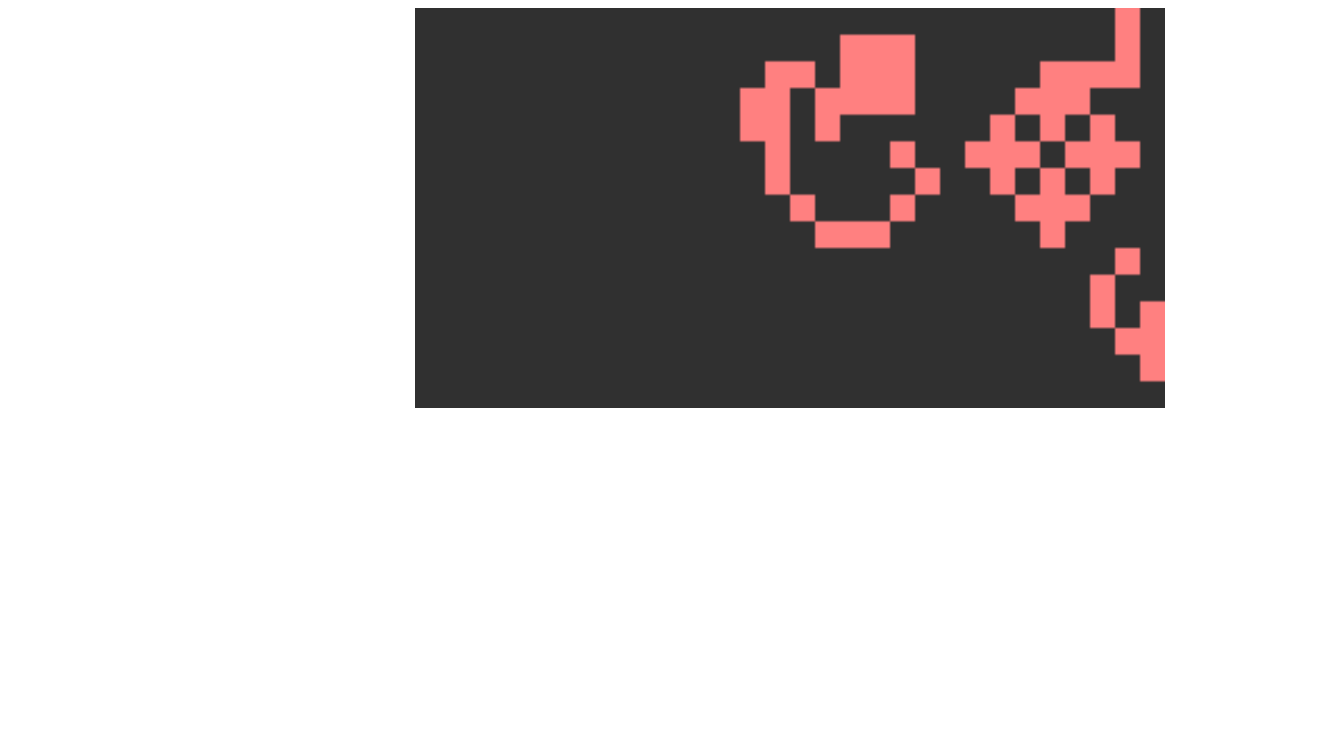
Repository: mayoujin/gol
Page: index.html
These files come from the project's save history. The page is drawn as it stood at one moment and after the next save; the edit follows.
The browser window is 1280 px wide. The page is 1280 px wide, then 1330 px, so the pictures cover 1330 px, including what lies to the right of the window. The pictures show the whole page.

Above is the page before, as saved 2021-03-20 13:39:10.

After the next save:
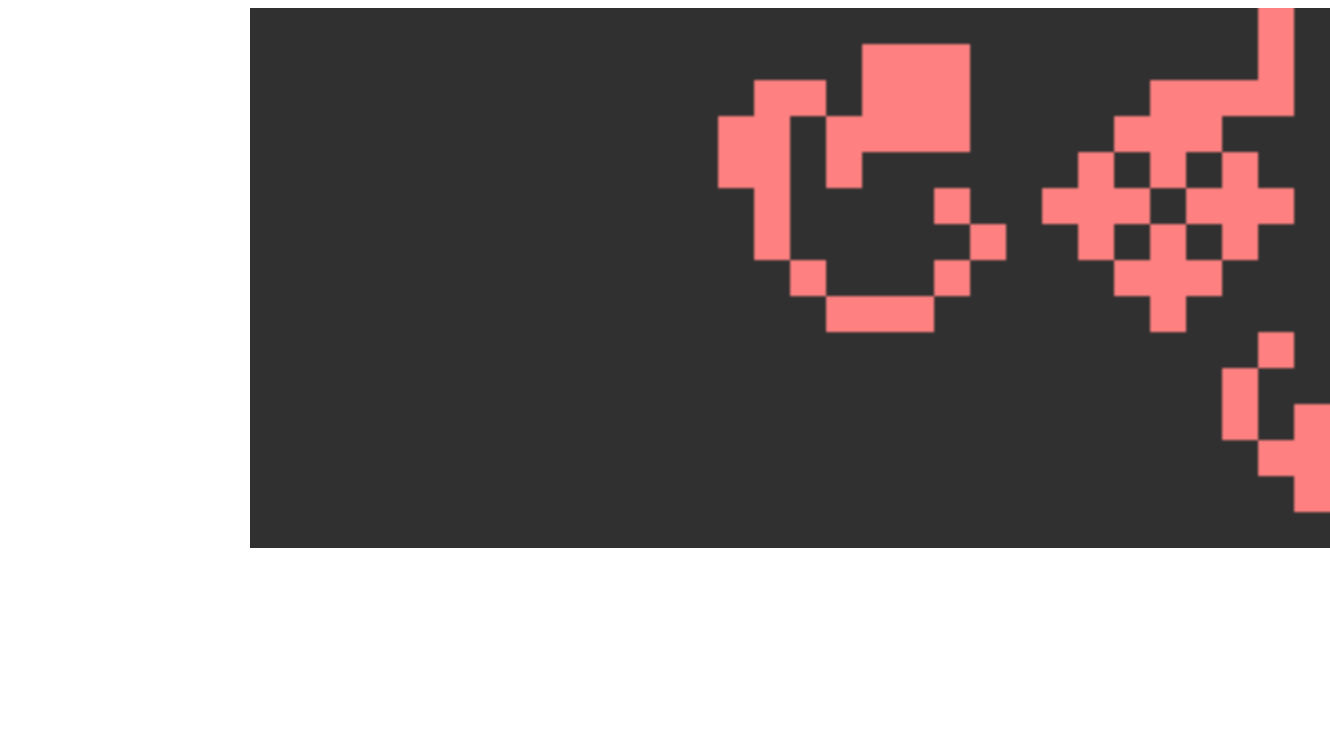
Saved 2 min 27 s later.
--- a/index.css
+++ b/index.css
@@ -6,6 +6,6 @@
 }
 
 #canvas {
-  width: 750px;
-  height: 400px;
+  width: 100vw;
+  height: 75vh;
 }
--- a/index.js
+++ b/index.js
@@ -26,7 +26,7 @@
   }
 }
 
-class GameWorld {
+class CellManager {
   columns = 75;
   rows = 40;
 
@@ -129,5 +129,5 @@
   debugger;
   const canvas = document.querySelector("#canvas");
   const options = { columns: 50, rows: 100 };
-  new GameWorld(canvas, options);
+  new CellManager(canvas, options);
 };
